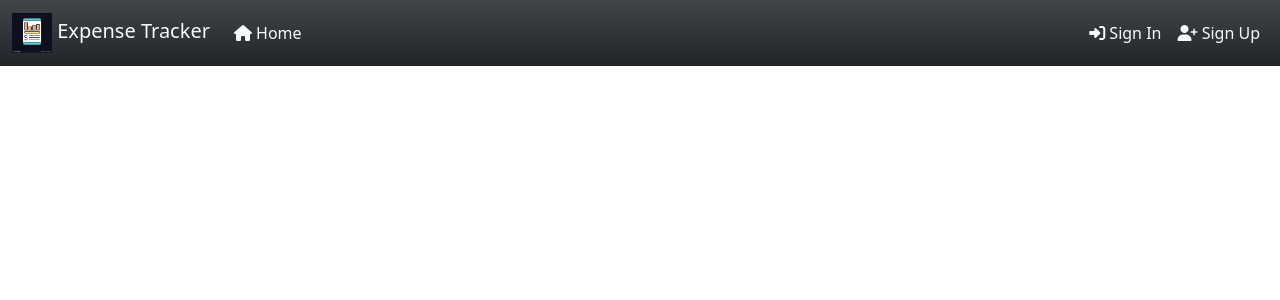
Repository: Gaurav560/OnlineExpenseTracker
Page: http://localhost/Online_Expense_Tracker/
An editor plug-in stored every save of this project. The page is shown before and after the next save, followed by the edit.
The browser window is 1280 px wide. The pictures show the whole page.
The page is served by Tomcat 9.

Above is the page before, as saved 2023-05-03 20:35:59.

After the next save:
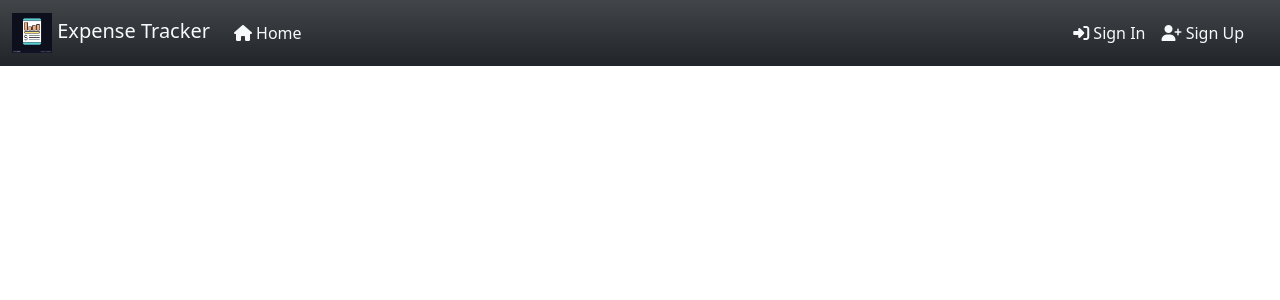
Saved 18 s later.
--- a/Online_Expense_Tracker/src/main/webapp/index.jsp
+++ b/Online_Expense_Tracker/src/main/webapp/index.jsp
@@ -47,7 +47,7 @@
 				</ul>
 
 
-				<ul class="navbar-nav ms-auto mb-2 mb-lg-0">
+				<ul class="navbar-nav ms-auto mb-2 mb-lg-0 me-3">
 
 					<li class="nav-item"><a class="nav-link active text-light"
 						href="#"><i class="fa-solid fa-right-to-bracket"></i> Sign In</a></li>
